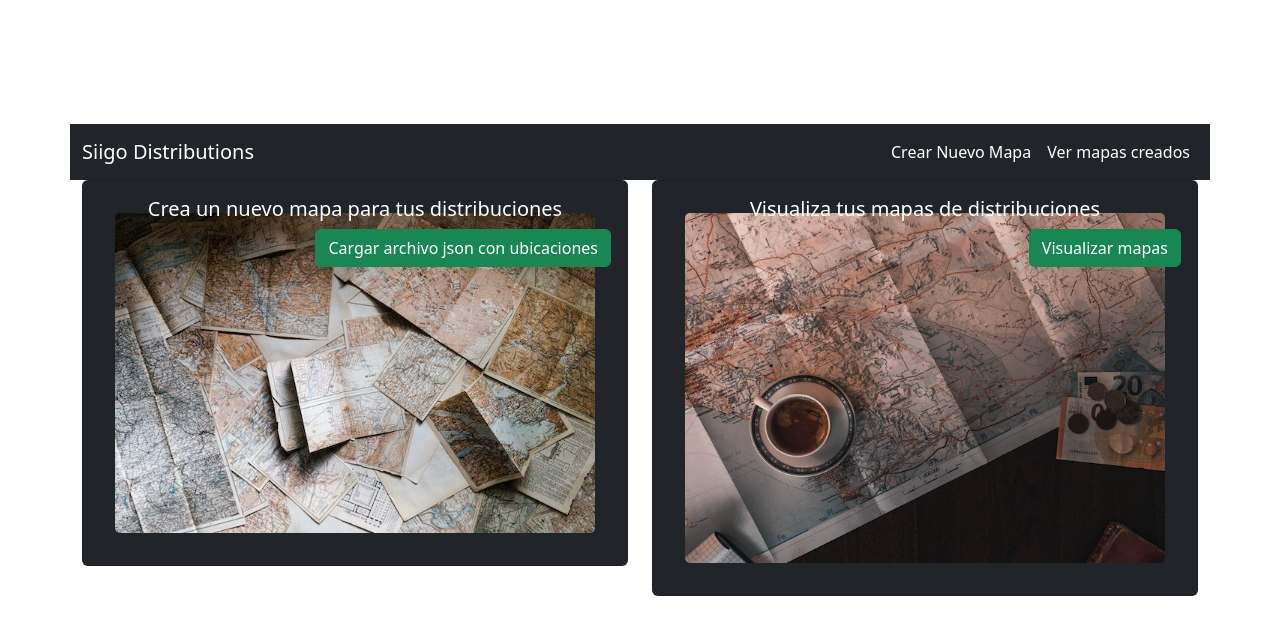
Repository: DevArthuro/Siigo-Distributions
Page: / (app in frontend/)
These files come from the project's save history. The page is drawn as it stood at one moment and after the next save; the edit follows.
The browser window is 1280 px wide. The pictures show the whole page.
The project was rebuilt for these pictures with package versions that can differ from the ones it lists, and the page was loaded fresh each time. Also part of the build but not shown: frontend/vite.config.js, frontend/src/stores/useGraphSpeccifictMap.js, frontend/src/components/TableToManageMap.vue, frontend/src/views/WhatchSpecifictMap.vue.

Above is the page before, as saved 2023-09-27 08:41:10.

After the next save:
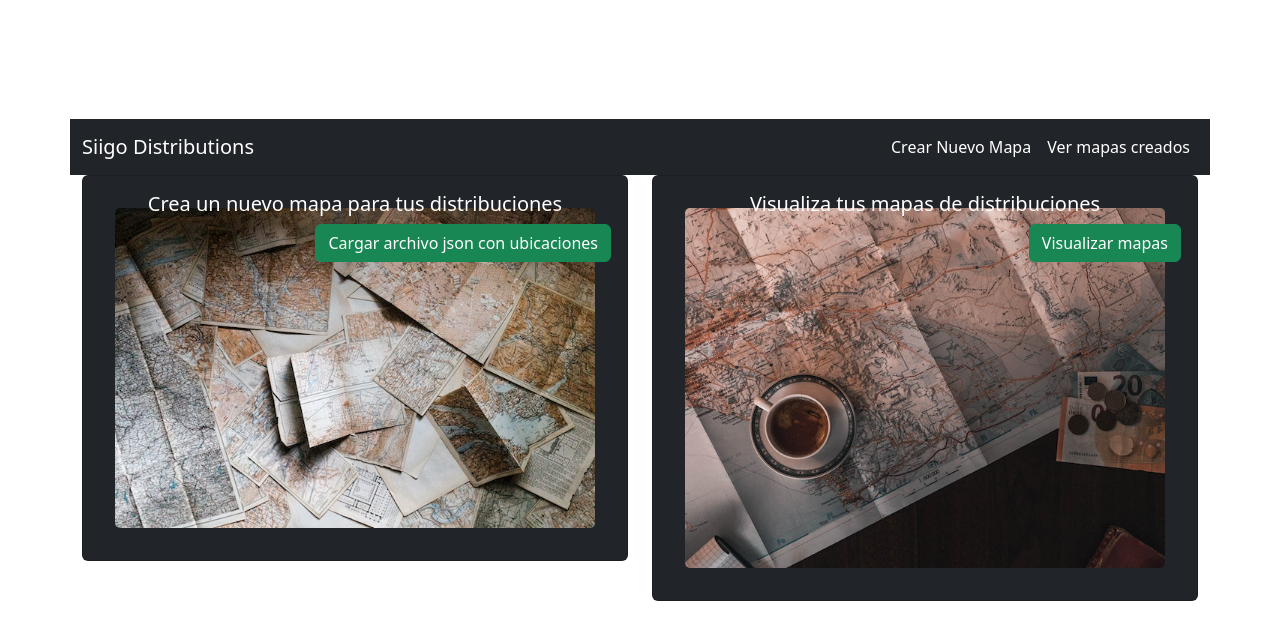
Saved 15 s later.
--- a/frontend/src/components/CardToShowMaps.vue
+++ b/frontend/src/components/CardToShowMaps.vue
@@ -1,7 +1,7 @@
 <template>
     <div class="col-6">
         <div class="card bg-dark text-white">
-            <img src="watch_to_map.jpg" class="card-img" alt="watch_to_map" height="350"/>
+            <img src="watch_to_map.jpg" class="card-img" alt="watch_to_map" height="360"/>
             <div class="card-img-overlay">
               <h5 class="card-title">Visualiza tus mapas de distribuciones</h5>
               <div class="text-end">
